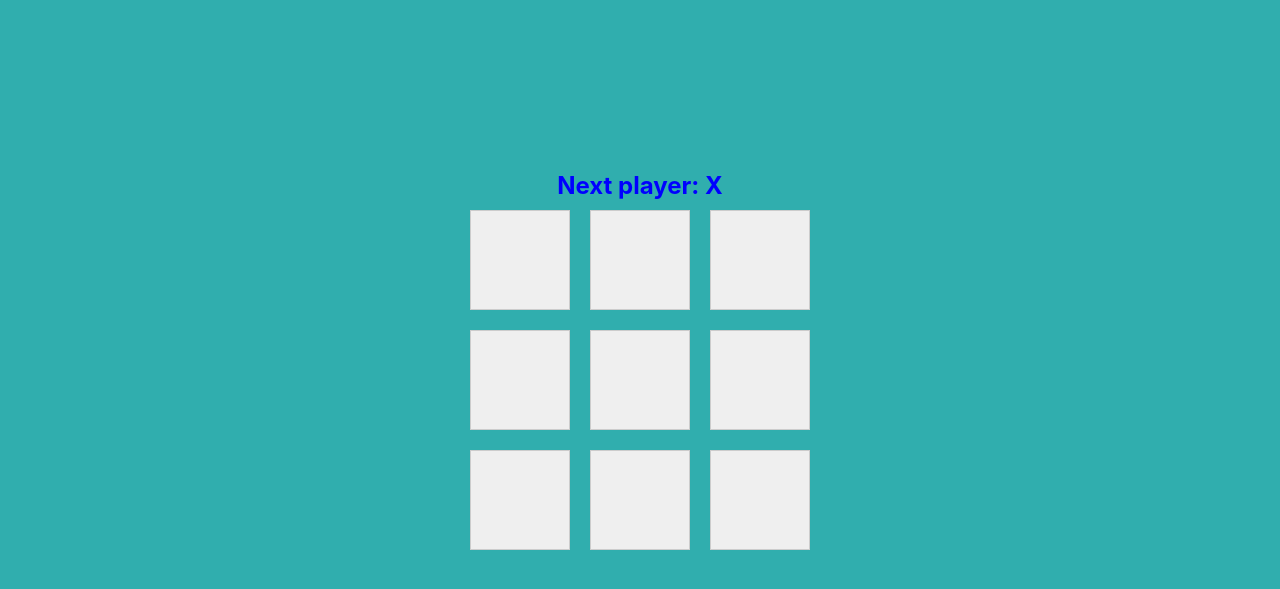
Repository: sedat-akdogan/React_Revision
Page: / (app in tic-tac-toe/)
The author's editor kept a copy of each file at every save. The page is drawn from the files as they stood at one save, then again after a run of saves.
The browser window is 1280 px wide. The pictures show the whole page.
The project was rebuilt for these pictures with package versions that can differ from the ones it lists, and the page was loaded fresh each time.

Above is the page before, as saved 2023-05-13 00:52:44.

### tic-tac-toe/src/index.css
body {
    margin: 0;
    font-family: -apple-system, BlinkMacSystemFont, 'Segoe UI', 'Roboto', 'Oxygen',
        'Ubuntu', 'Cantarell', 'Fira Sans', 'Droid Sans', 'Helvetica Neue',
        sans-serif;
    -webkit-font-smoothing: antialiased;
    -moz-osx-font-smoothing: grayscale;
}

code {
    font-family: source-code-pro, Menlo, Monaco, Consolas, 'Courier New',
        monospace;
}

.main {
    display: flex;
    flex-direction: column;
    align-items: center;
    justify-content: center;
    height: 100vh;
    background-color: rgb(48, 174, 174);
}

.square {
    width: 100px;
    height: 100px;
    font-size: 50px;
    border: 1px solid #ccc;
    display: inline-block;
    justify-content: center;
    align-items: center;
}

.board-row {
    display: flex;
}

.board-row .square {
    margin: 10px;
}

.board-row:last-child .square {
    margin-bottom: 0;
}

.status {
    color: blue;
    font-size: 24px;
    font-weight: bold;
}

### tic-tac-toe/src/App.js
import { useState } from 'react';


function Square({ value, onSquareClick }) {
    return (
        <button className="square" onClick={onSquareClick}>
            {value}
        </button>
    );
}

export default function Board() {
    const [xIsNext, setXIsNext] = useState(true);
    const [squares, setSquares] = useState(Array(9).fill(null));

    function handleClick(i) {
        if (squares[i] || calculateWinner(squares)) {
            return;
        }
        const nextSquares = squares.slice();
        if (xIsNext) {
            nextSquares[i] = 'X';
        } else {
            nextSquares[i] = 'O';
        }
        setSquares(nextSquares);
        setXIsNext(!xIsNext);
    }

    const winner = calculateWinner(squares);
    let status;
    if (winner) {
        status = "Winner: " + winner;
    } else {
        status = "Next player: " + (xIsNext ? "X" : "O");
    }

    return (
        <div className='main'>
            <div className="status">{status}</div>
            <div className="board-row">
                <Square value={squares[0]} onSquareClick={() => handleClick(0)} />
                <Square value={squares[1]} onSquareClick={() => handleClick(1)} />
                <Square value={squares[2]} onSquareClick={() => handleClick(2)} />
            </div>
            <div className="board-row">
                <Square value={squares[3]} onSquareClick={() => handleClick(3)} />
                <Square value={squares[4]} onSquareClick={() => handleClick(4)} />
                <Square value={squares[5]} onSquareClick={() => handleClick(5)} />
            </div>
            <div className="board-row">
                <Square value={squares[6]} onSquareClick={() => handleClick(6)} />
                <Square value={squares[7]} onSquareClick={() => handleClick(7)} />
                <Square value={squares[8]} onSquareClick={() => handleClick(8)} />
            </div>
        </div>
    );
}

function calculateWinner(squares) {
    const lines = [
        [0, 1, 2],
        [3, 4, 5],
        [6, 7, 8],
        [0, 3, 6],
        [1, 4, 7],
        [2, 5, 8],
        [0, 4, 8],
        [2, 4, 6]
    ];
    for (let i = 0; i < lines.length; i++) {
        const [a, b, c] = lines[i];
        if (squares[a] && squares[a] === squares[b] && squares[a] === squares[c]) {
            return squares[a];
        }
    }
    return null;
}

Loaded but not shown: tic-tac-toe/public/index.html (common file); tic-tac-toe/src/index.js (common file); tic-tac-toe/src/reportWebVitals.js (common file)

After the next 2 saves:
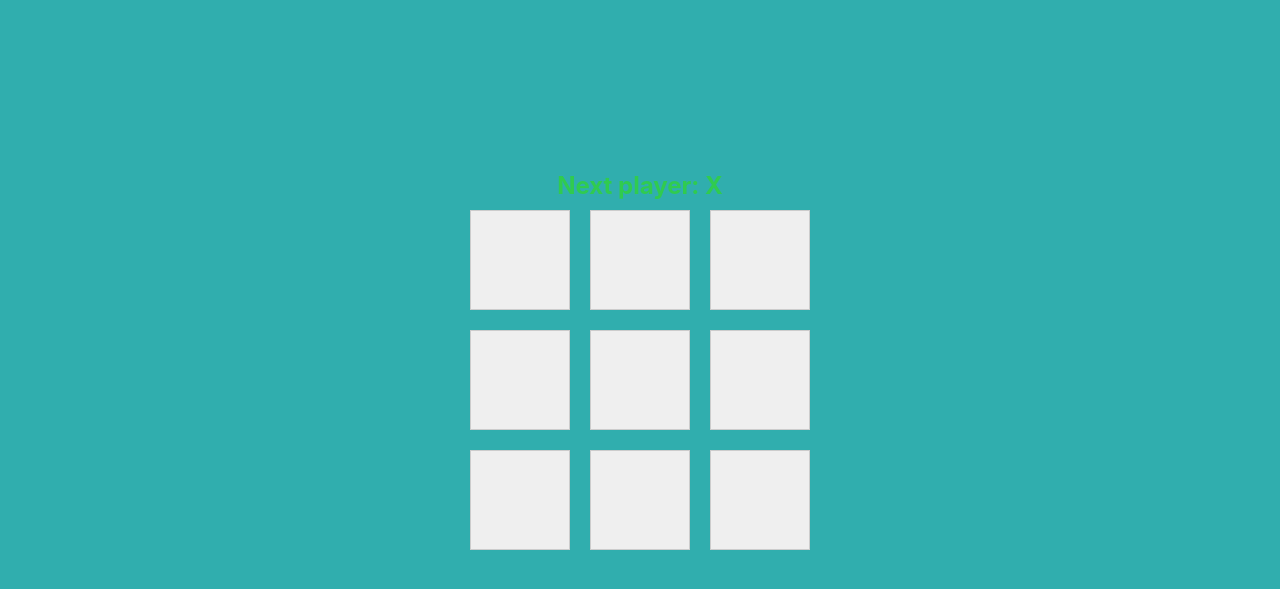
The 2 saves are shown as one change because they came seconds apart.
The last was saved 24 s later.
--- a/tic-tac-toe/src/index.css
+++ b/tic-tac-toe/src/index.css
@@ -44,7 +44,7 @@ code {
 }
 
 .status {
-    color: blue;
+    color: rgb(48, 203, 79);
     font-size: 24px;
     font-weight: bold;
 }
